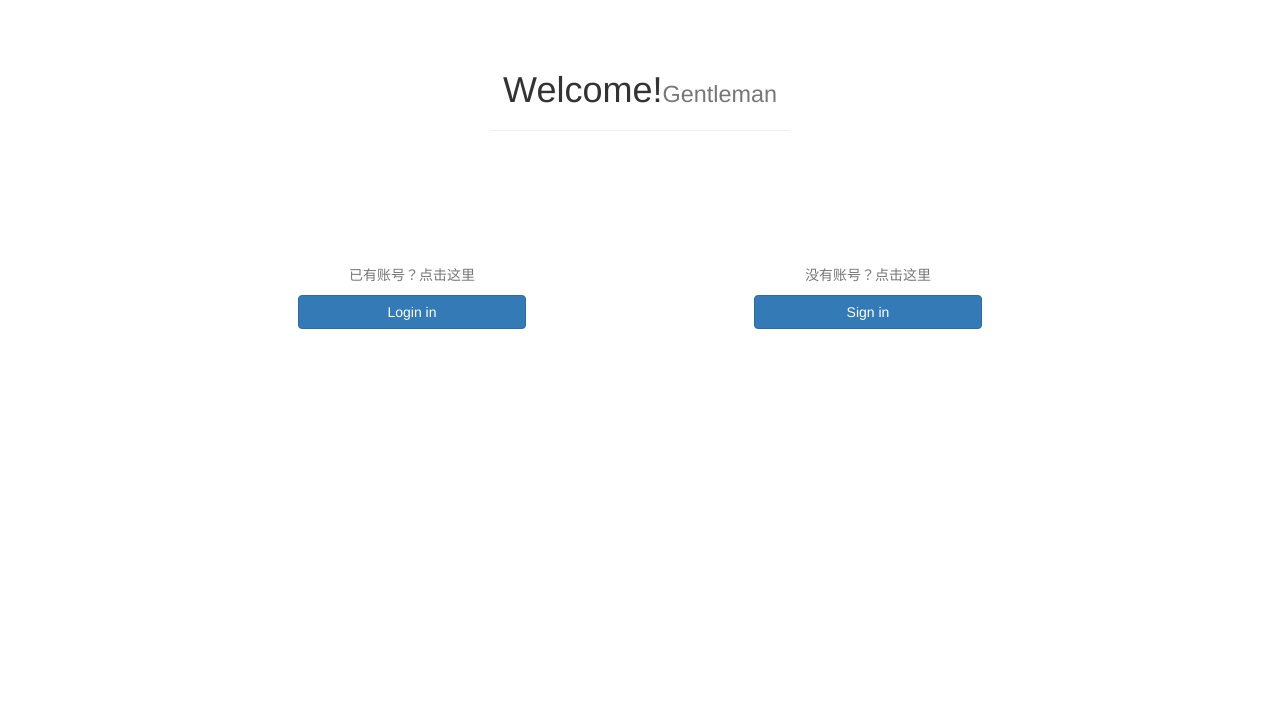
Repository: JasonBour/Beautypedia
Page: http://localhost/
These files come from the project's save history. The page is drawn as it stood at one moment and after the next save; the edit follows.
The browser window is 1280 px wide. The pictures show the whole page.
The page is run by PHP 8.4 with error messages shown; the project is at /var/www/html/.

Above is the page before, as saved 2015-09-13 14:16:46.

After the next save:
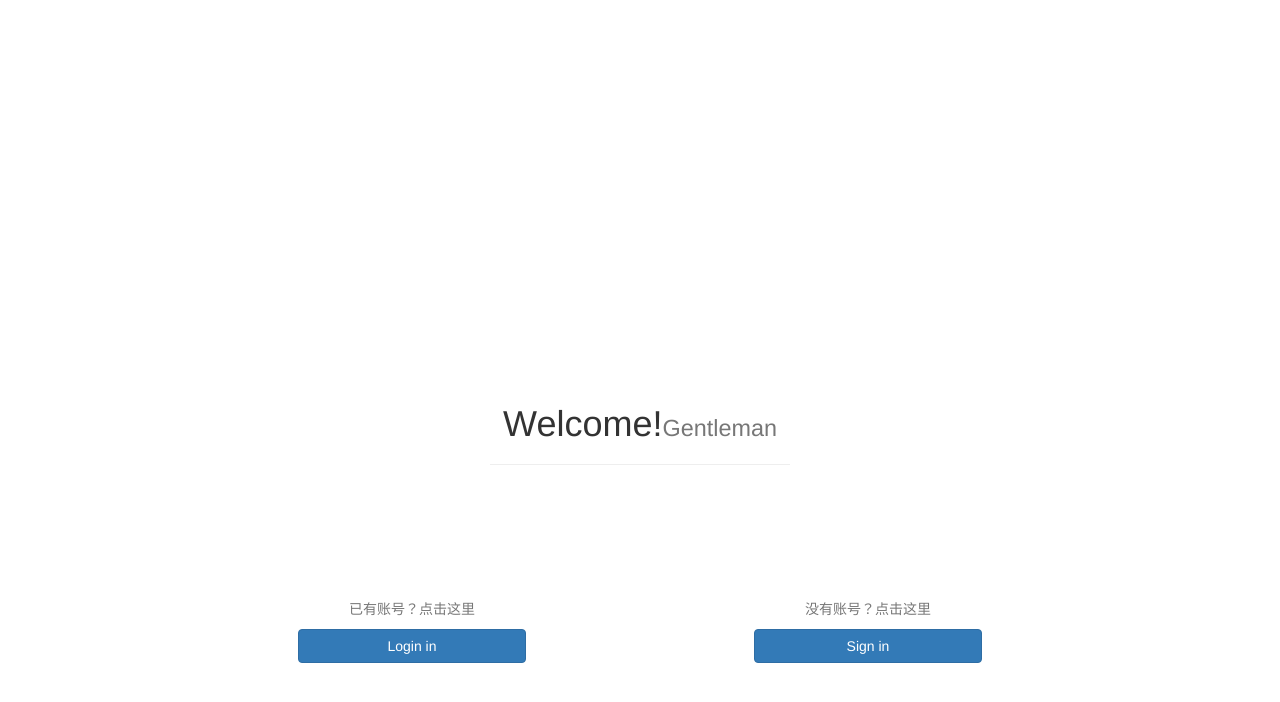
Saved 20 s later.
--- a/Beautypedia/index.php
+++ b/Beautypedia/index.php
@@ -9,7 +9,7 @@
 <body>
 
 
-<div class="container " style="margin-top:50px;">
+<div class="container " style="margin-top:30%;">
     <h1  class="title">Welcome!<small>Gentleman</small></h1>
 
 
